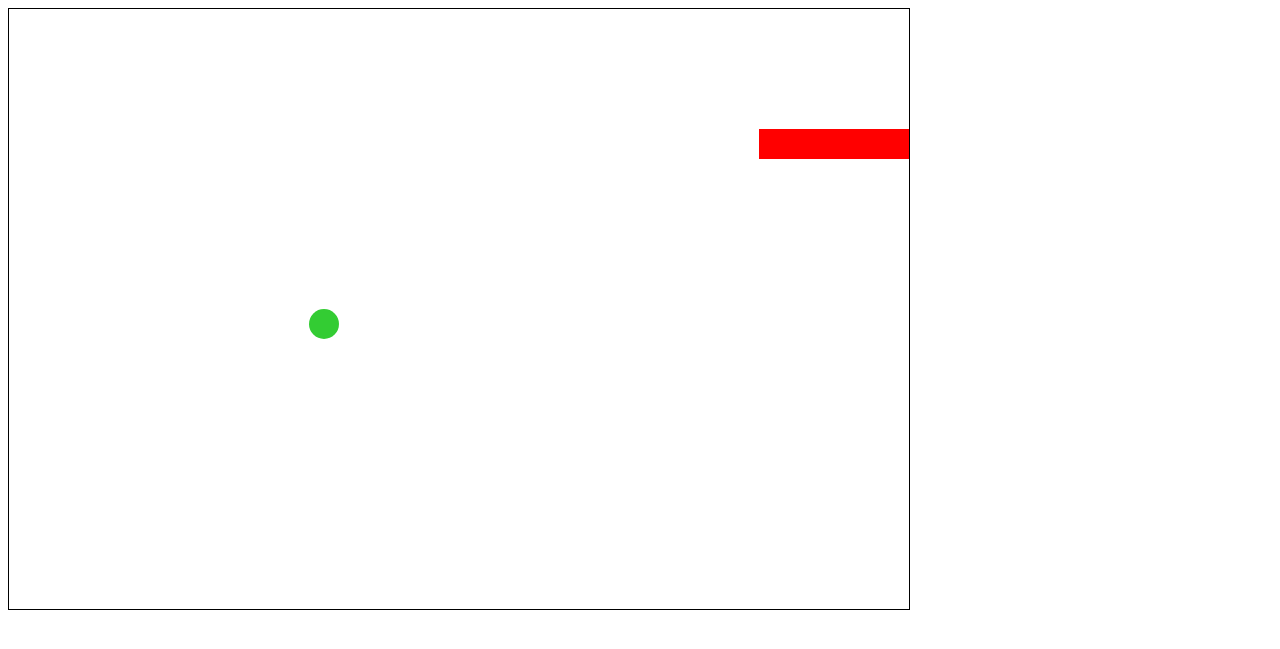
Repository: laben35/snake
Page: index.html
These files come from the project's save history. The page is drawn as it stood at one moment and after the next save; the edit follows.
The browser window is 1280 px wide. The pictures show the whole page.

Above is the page before, as saved 2019-12-08 16:49:55.

### index.html
<!DOCTYPE html>
<html lang="en">
<head>
    <meta charset="UTF-8">
    <meta name="viewport" content="width=device-width, initial-scale=1.0">
    <meta http-equiv="X-UA-Compatible" content="ie=edge">
    <title>The snake game</title>
    <script src="script.js"></script>
</head>
<body>

</body>
</html>

### script.js
window.onload = function()
{
    var canvasWidth = 900;
    var canvasHeight = 600;
    var blockSize = 30;
    var ctx;
    var delay = 100;
    var snakee;
    var applee;
    var widthInBlocks = canvasWidth/blockSize;  //la largeur en terme de block sera la largeur divisée par la taille du bloc c'est à dire, la largeur est de 900px et la taille du bloc (blockSize) est de 30px ==> notre largeur en terme de blocks sera de 30px var 30*30=900
    var heightInBocks = canvasHeight/blockSize; //600/30 = 20

    init();

    function init()
    {
            var canvas = document.createElement('canvas');  //Canvas élément HTML qui permet de dessiner notre page HTML
            canvas.width = canvasWidth;
            canvas.height = canvasHeight;
            canvas.style.border = "1px solid";
            document.body.appendChild(canvas);
            ctx = canvas.getContext('2d');
            snakee = new Snake( [[6,4], [5,4], [4,4], [3,4], [2,4]], "right");
            applee = new Apple([10,10]);
            refreshCanvas();
    }

    //fonction qui rafraichit le canvas
    function refreshCanvas()
    {
        snakee.advance();
        if(snakee.checkCollision())
        {
            //Game over
        }
        else
        {
            ctx.clearRect(0,0,canvasWidth, canvasHeight);
            snakee.draw();
            applee.draw();
            setTimeout(refreshCanvas, delay);
        }
    }

    function drawBlock(ctx, position)
    {
        var x = position[0] * blockSize;
        var y = position[1] * blockSize;
        ctx.fillRect(x,y, blockSize, blockSize);
    }

    //Le constructeur
    function Snake(body, direction)
    {
        this.body = body;
        this.direction = direction;
        this.draw = function()
        {
            ctx.save();
            ctx.fillStyle = "#ff0000";
            for(var i = 0; i < this.body.length; i++)
           {
               drawBlock(ctx, this.body[i]);
           }
           ctx.restore();
        };
        this.advance = function()
        {
            var nextPosition = this.body[0].slice();
            switch(this.direction)
            {
                case "left":
                    nextPosition[0] -= 1;    //ici c'est la position du x
                    break;
                case "right":
                    nextPosition[0] += 1;
                    break;
                case "down":
                    nextPosition[1] += 1;   //ici c'est la position du y
                    break;
                case "up":
                    nextPosition[1] -= 1;
                    break;
                default:
                    throw("Invalid Direction");
            }
            this.body.unshift(nextPosition);
            this.body.pop();
        };
        this.setDirection = function(newDirection)
        {
            var allowedDirections;
            switch(this.direction)
            {
                case "left":
                case "right":
                    allowedDirections = ["up", "down"];
                    break;
                case "down":
                case "up":
                    allowedDirections = ["left", "right"];
                    break;
                default:
                    throw("Invalid Direction");
            }
            if(allowedDirections.indexOf(newDirection) > -1)   //Si c'est >-1 alors ma nouvelle direction est permise
            {
                this.direction = newDirection;
            }
        };
        this.checkCollision = function()   //Fonction pour délimiter l'espace du serpent ==> pour ne pas qu'il sorte du canvas sinon game over
        {
            var wallCollision = false;  //si le serpent rentre dans le mur ==> les limites du canvas
            var snakeCollision = false; //si le serpent rentre sur lui-même
            var head =  this.body[0];   // c'est la tête qui prend la collision donc c'est cette partie que l'on vérifie
            var rest = this.body.slice(1);      //rest du corps du serpent en utilisant la fonction slice et autant qu'il passe sur la valeur 0 et va nous copier tout le reste dans ce array rest.
            var snakeX = head[0];
            var snakeY = head[1];
            var minX = 0;
            var minY = 0;
            var maxX = widthInBlocks - 1;
            var maxY = heightInBocks - 1;
            var isNotBetweenHorizontalWalls = snakeX < minX || snakeX > maxX;
            var isNotBetweenVerticalWalls = snakeY < minY || snakeY > maxY;

            if(isNotBetweenHorizontalWalls || isNotBetweenVerticalWalls)
            {
                wallCollision = true;
            }

            for(var i = 0; i < rest.length; i++)
            {
                if(snakeX === rest[i][0] && snakeY === rest[i][1])  //je vérifie si la tête du serpent est sur l'élément 0 ==>[i] et son X à lui [0] et je vérifie si la tête snakeX et l"élément du corps rest[i][0] ont le même X et le même Y ce qui voudrait dire que la tête du serpent est sur la même X qu'une des case du reste du serpent
                {
                    snakeCollision = true;
                }
            }
            return wallCollision || snakeCollision;
        };
    }

    function Apple(position)
    {
        this.position = position;
        this.draw = function()
        {
            ctx.save();
            ctx.fillStyle = "#33cc33";   // couleur de la pomme
            ctx.beginPath();    //dessin de la pomme qui est ronde donc on utilise radius
            var radius = blockSize/2;
            var x = position[0]*blockSize + radius;
            var y = position[1]*blockSize + radius;
            ctx.arc(x,y, radius, 0, Math.PI*2, true);    //Dessin du cercle
            ctx.fill();
            ctx.restore();
        };
    }

    document.onkeydown = function handleKeyDown(e)   //évènement
    {
        var key = e.keyCode;      //Nous donne le code de la touche qui a été appuyée
        var newDirection;        //nouvelle direction en fonction de la touche qui a été appuyée
        switch(key)             //swith sur la touche appuyée
        {
            case 37:   //flèche qui va à gauche
                newDirection = "left";
                break;
            case 38:   //flèche qui va en haut
                newDirection = "up";
                break;
            case 39:   //flèche qui va à droite
                newDirection = "right";
                break;
            case 40:    //flèche qui va en bas
                newDirection = "down";
                break;
                default:
                    return;
        }
        snakee.setDirection(newDirection);
    }

}

After the next save:
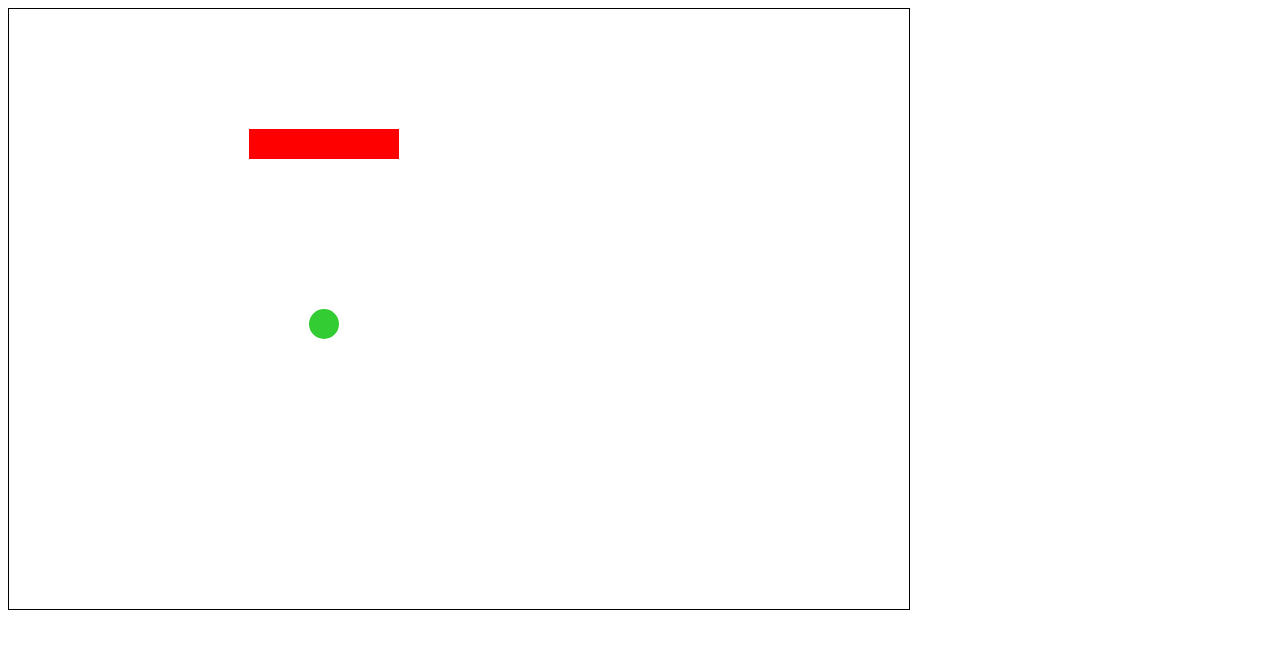
Saved 33 s later.
--- a/script.js
+++ b/script.js
@@ -4,7 +4,7 @@
     var canvasHeight = 600;
     var blockSize = 30;
     var ctx;
-    var delay = 100;
+    var delay = 1000;   // j'augmente le
     var snakee;
     var applee;
     var widthInBlocks = canvasWidth/blockSize;  //la largeur en terme de block sera la largeur divisée par la taille du bloc c'est à dire, la largeur est de 900px et la taille du bloc (blockSize) est de 30px ==> notre largeur en terme de blocks sera de 30px var 30*30=900

After the 3 saves that followed:
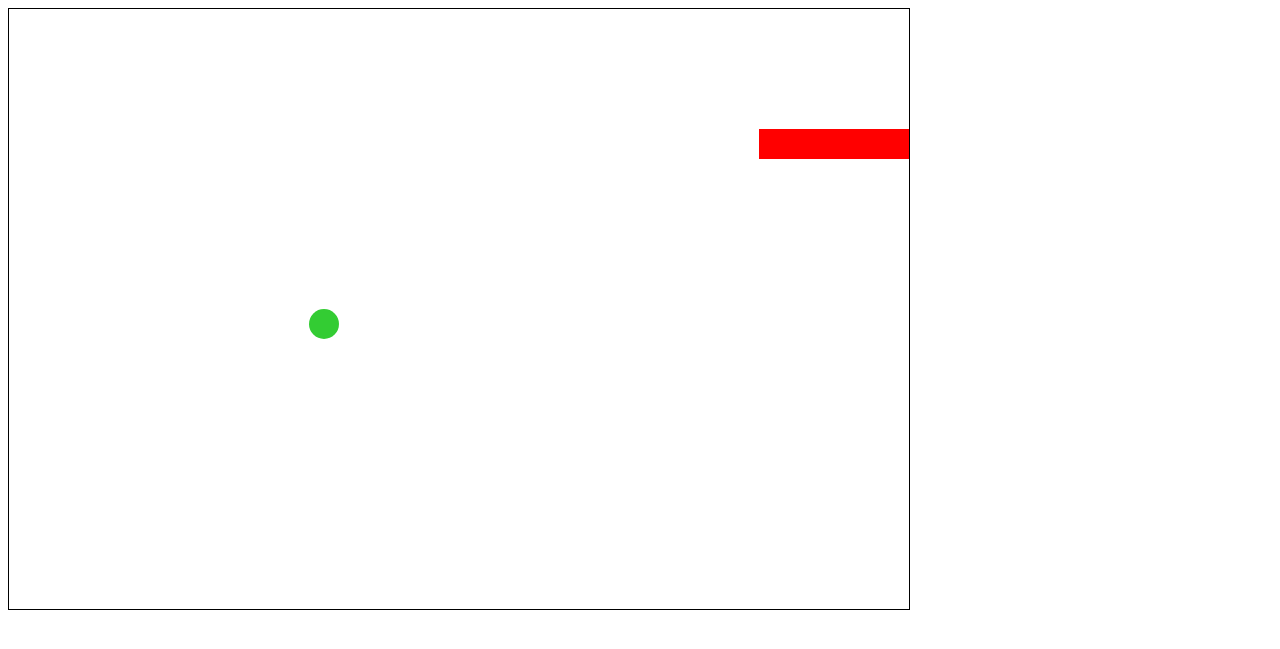
The 3 saves are shown as one change because 2 left the picture as it was.
The last was saved 3 min 11 s later.
--- a/script.js
+++ b/script.js
@@ -4,7 +4,7 @@
     var canvasHeight = 600;
     var blockSize = 30;
     var ctx;
-    var delay = 1000;   // j'augmente le
+    var delay = 100;   // si j'augmente le délai de rafraichissement du canvas,  le serpent avance moins vite, comme ça il se rafraichit une fois toutes les secondes et non toutes les dixièmes de secondes
     var snakee;
     var applee;
     var widthInBlocks = canvasWidth/blockSize;  //la largeur en terme de block sera la largeur divisée par la taille du bloc c'est à dire, la largeur est de 900px et la taille du bloc (blockSize) est de 30px ==> notre largeur en terme de blocks sera de 30px var 30*30=900
